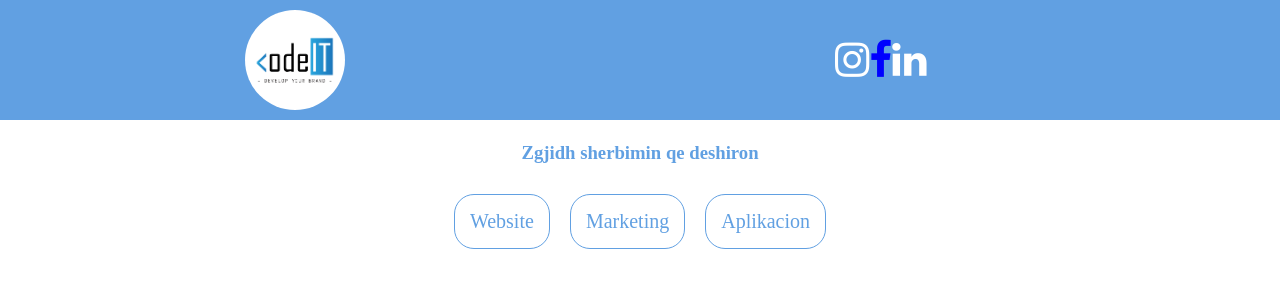
Repository: Edes2128/CODEIT-FINAL
Page: /
An editor plug-in stored every save of this project. The page is shown before and after the next save, followed by the edit.
The browser window is 1280 px wide. The pictures show the whole page.
The project was rebuilt for these pictures with package versions that can differ from the ones it lists, and the page was loaded fresh each time.

Above is the page before, as saved 2020-06-29 23:36:56.

After the next save:
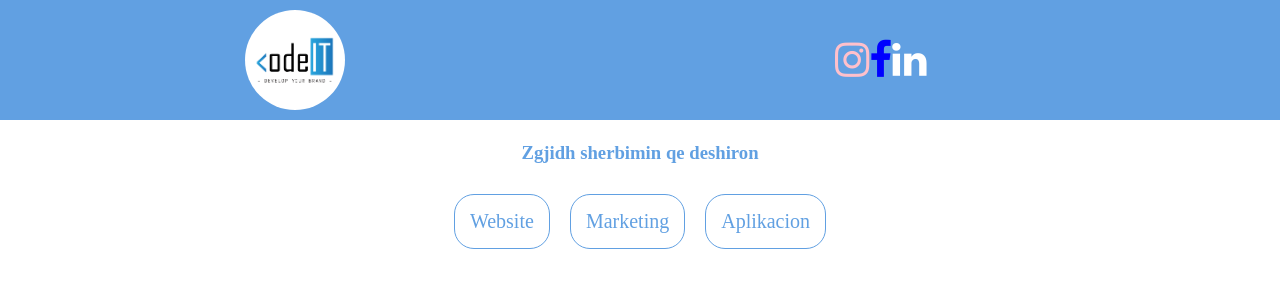
Saved 8 s later.
--- a/src/App.js
+++ b/src/App.js
@@ -8,7 +8,7 @@
       <header className="App-header">
         <div className="logo"><img src="4.jpg" alt=""/></div>
         <div className="links">
-        <a href="#" style={{color:"white",fontSize:"40px"}}><i className="fa fa-instagram"></i></a>
+        <a href="#" style={{color:"pink",fontSize:"40px"}}><i className="fa fa-instagram"></i></a>
         <a href="#" style={{color:"blue",fontSize:"40px"}}><i className="fa fa-facebook"></i></a>
         <a href="#" style={{color:"white",fontSize:"40px"}}><i className="fa fa-linkedin"></i></a>
         </div>
